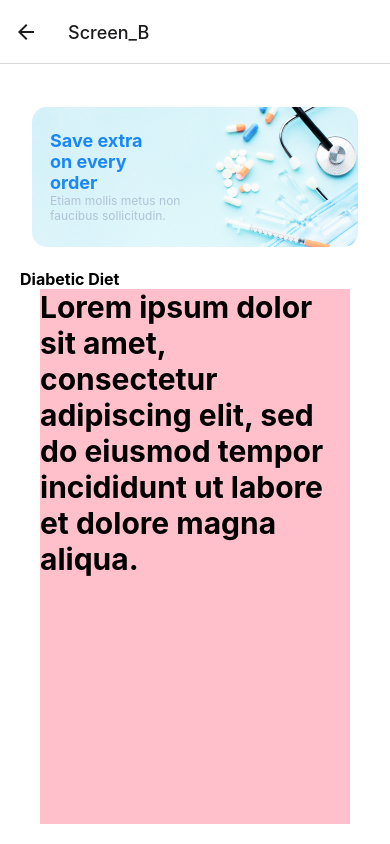
Repository: ntu34543/designReactNative
Screen: /Screen_B
An editor plug-in stored every save of this project. The screen is shown before and after the next save, followed by the edit.
An inner scrolling area shows only its first screen. The app was drawn by React Native's web renderer in a window 390 px wide. The project was rebuilt for these pictures with package versions that can differ from the ones it lists, and the page was loaded fresh each time.

Above is the screen before, as saved 2022-10-21 14:38:47.

### App.js
import { StatusBar } from "expo-status-bar";
import { StyleSheet, Text, View, Pressable, TabBarIOSItem } from "react-native";
import { NavigationContainer } from "@react-navigation/native";
import { createStackNavigator } from "@react-navigation/stack";
import ScreenA from "./page/Home";
import ScreenB from "./page/DiabetesCare";
import FontAwesome5 from "react-native-vector-icons/FontAwesome5";

const Stack = createStackNavigator();
const Tab = createStackNavigator();
export default function App() {
  return (
    <NavigationContainer>
      <Tab.Navigator
        // screenOptions={{ header: () => null }}
        screenOptions={({ route }) => ({
          tabBarIcon: ({ focused, size, color }) => {
            let iconName;
            if (route.name === "Screen_A") {
              iconName = "autoprefixer";
              size = focused ? 25 : 20;
              // color = focused ? "#f0f" : "#555";
            } else if (route.name === "Screen_B") {
              iconName = "btc";
              size = focused ? 25 : 20;
              // color = focused ? "#f0f" : "#555";
            }
            return <FontAwesome5 name={iconName} size={size} color={color} />;
          },
        })}
        tabBarOptions={{
          activeTintColor: "#f0f",
          inactiveTintColor: "#555",
          inactiveBackgroundColor: "#999",
          showLabel: true,
          labelStyle: { fontSize: 14 },
        }}
      >
        <Tab.Screen
          name="Screen_A"
          component={ScreenA}
          options={{ tabBarBadge: 3 }}
        />
        {/* options={{header: () => null}} */}
        <Tab.Screen name="Screen_B" component={ScreenB} />
      </Tab.Navigator>
    </NavigationContainer>
  );
}

### page/Home.js
import { StatusBar } from "expo-status-bar";
import { StyleSheet, Text, View, Pressable } from "react-native";

export default function ScreenA({ navigation }) {
  const onPressHandler = () => {
    navigation.navigate("Screen_B");
    // navigation.replace("Screen_B");
  };
  return (
    <View style={styles.body}>
      <Text style={styles.text}>Screen A</Text>
      <Pressable
        onPress={onPressHandler}
        style={({ pressed }) => ({
          backgroundColor: pressed ? "#ddd" : "#0f0",
        })}
      >
        <Text style={styles.text}>Go to the Screen B</Text>
      </Pressable>
    </View>
  );
}

const styles = StyleSheet.create({
  body: {
    flex: 1,
    justifyContent: "center",
    alignItems: "center",
  },
  text: {
    fontSize: 30,
    fontWeight: "bold",
  },
});

### page/DiabetesCare.js
import { StatusBar } from "expo-status-bar";
import { StyleSheet, Text, View, Pressable, Image, ScrollView } from "react-native";

export default function ScreenB({ navigation }) {
  const onPressHandler = () => {
    navigation.navigate("Screen_A");
    // navigation.goBack();
  };
  return (
    <View style={styles.body}>
      <View style={styles.banner}>
        <View style={styles.imgHeader}>
          <Image
            style={styles.image}
            source={require("../assets/img/banner.png")}
          />
        </View>
        <View style={styles.title}>
          <Text style={styles.title1}>Save extra on every order</Text>
          <Text style={styles.title2}>
            Etiam mollis metus non faucibus sollicitudin.{" "}
          </Text>
        </View>
      </View>
      <View style={styles.topPro}>
        <Text style={styles.title3}>Diabetic Diet</Text>
        <ScrollView style={styles.scrollView}>
          <Text style={styles.text}>
            Lorem ipsum dolor sit amet, consectetur adipiscing elit, sed do
            eiusmod tempor incididunt ut labore et dolore magna aliqua.
          </Text>
        </ScrollView>
      </View>
    </View>
  );
}

const styles = StyleSheet.create({
  body: {
    flex: 1,
    backgroundColor: "white",
    padding: 20,
  },
  text: {
    fontSize: 30,
    fontWeight: "bold",
  },
  banner: {
    justifyContent: "center",
    alignItems: "center",
    // marginTop: 100,
    flex: 1,
  },
  imgHeader: {
    position: "absolute",
  },
  title: {
    position: "absolute",
    paddingRight: 120,
  },
  title1: {
    color: "#1987FB",
    fontSize: 18,
    width: 110,
    fontWeight: "bold",
  },
  title2: {
    fontSize: 12,
    width: 170,
    fontWeight: "light",
    color: "#b0c4d4",
  },
  image: {
    borderRadius: 15,
  },
  topPro: {
    flex: 3,
  },
  title3: {
    position: "relative",
    fontSize: 16,
    fontWeight: "bold",
  },
  scrollView: {
    backgroundColor: 'pink',
    marginHorizontal: 20,
  },
});

After the next save:
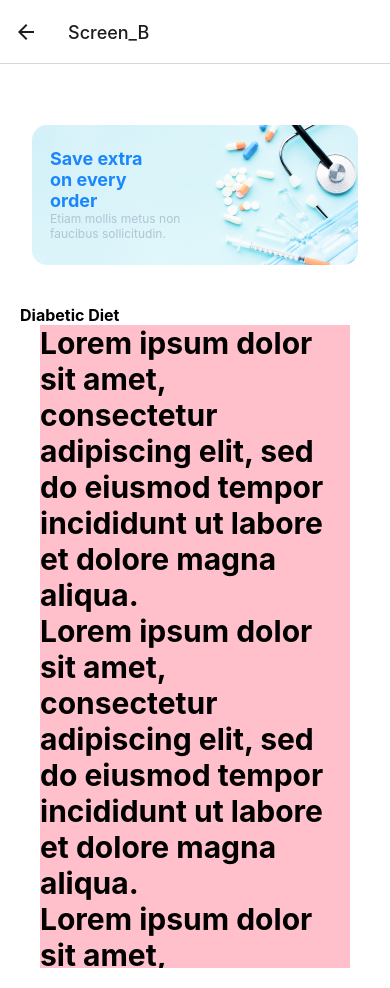
Saved 5 s later.
--- a/page/DiabetesCare.js
+++ b/page/DiabetesCare.js
@@ -25,6 +25,14 @@ export default function ScreenB({ navigation }) {
       <View style={styles.topPro}>
         <Text style={styles.title3}>Diabetic Diet</Text>
         <ScrollView style={styles.scrollView}>
+          <Text style={styles.text}>
+            Lorem ipsum dolor sit amet, consectetur adipiscing elit, sed do
+            eiusmod tempor incididunt ut labore et dolore magna aliqua.
+          </Text>
+          <Text style={styles.text}>
+            Lorem ipsum dolor sit amet, consectetur adipiscing elit, sed do
+            eiusmod tempor incididunt ut labore et dolore magna aliqua.
+          </Text>
           <Text style={styles.text}>
             Lorem ipsum dolor sit amet, consectetur adipiscing elit, sed do
             eiusmod tempor incididunt ut labore et dolore magna aliqua.
